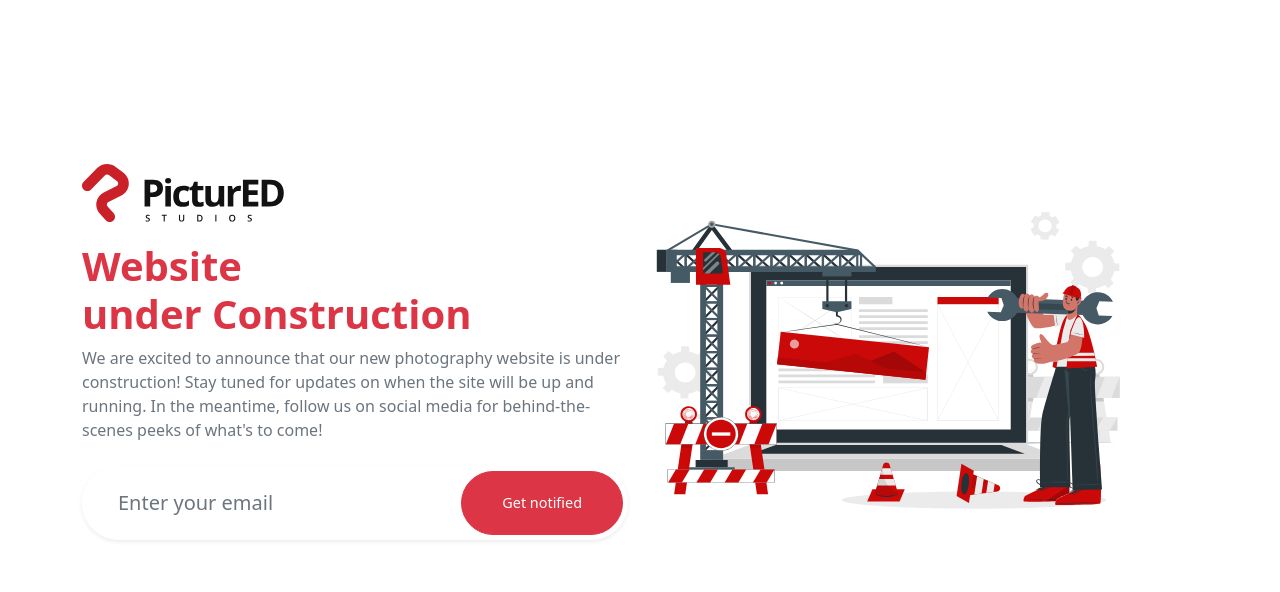
Repository: tHEO2k17/pictured
Page: /
The author's editor kept a copy of each file at every save. The page is drawn from the files as they stood at one save, then again after the next save.
The browser window is 1280 px wide. The pictures show the whole page.
The project was rebuilt for these pictures with package versions that can differ from the ones it lists, and the page was loaded fresh each time.

Above is the page before, as saved 2022-09-14 14:34:04.

### src/index.scss
@import '~bootstrap/scss/bootstrap.scss';

.input-group {
  // border: 1px solid #eee;
  border-radius: 50px;
  padding: 5px 5px 5px 20px;
}

.input-group > :not(:first-child):not(.dropdown-menu):not(.valid-tooltip):not(.valid-feedback):not(.invalid-tooltip):not(.invalid-feedback) {
  margin-left: 20px;
  border-radius: 50px;
  font-size: .9em;
  padding: 20px 40px 20px 40px ;
}

.form-control {
  border: unset;
}

.form-control:focus {
  background-color: #fff;
  border-color: unset;
  outline: 0;
  box-shadow: unset;
}

### src/App.tsx
import React from "react";
import {
  Container,
  Col,
  Row,
  Image,
  InputGroup,
  Button,
  Form,
} from "react-bootstrap";
import logo from "./core/res/images/logo.svg";
import sideImage from "./core/res/images/side-image.svg";

function App() {
  return (
    <Container className="min-vh-100">
      <Row className="min-vh-100 align-items-center">
        <Col>
          <Image src={logo} />
          <h1 className="text-danger fw-bold mt-3">
            Website <br /> under Construction
          </h1>

          <p className="text-muted">
            We are excited to announce that our new photography website is under
            construction! Stay tuned for updates on when the site will be up and
            running. In the meantime, follow us on social media for
            behind-the-scenes peeks of what's to come!
          </p>

          <InputGroup size="lg" className="mt-4 mb-3 shadow-sm">
            <Form.Control
              placeholder="Enter your email"
              aria-label="Enter your email"
              aria-describedby="basic-addon2"
            />
            <Button variant="danger" id="button-addon2">
              Get notified
            </Button>
          </InputGroup>

          {/* <Row>
            <Col md={{ span: 8, offset: 2 }}>
              <InputGroup className="mb-3 ">
                <Form.Control
                  placeholder="Recipient's username"
                  aria-label="Recipient's username"
                  aria-describedby="basic-addon2"
                />
                <Button variant="outline-secondary" id="button-addon2">
                  Button
                </Button>
              </InputGroup>
            </Col>
          </Row> */}
        </Col>
        <Col>
          <Image src={sideImage} />
        </Col>
      </Row>
    </Container>
  );
}

export default App;

Loaded but not shown: public/index.html (common file); src/index.tsx (common file)

After the next save:
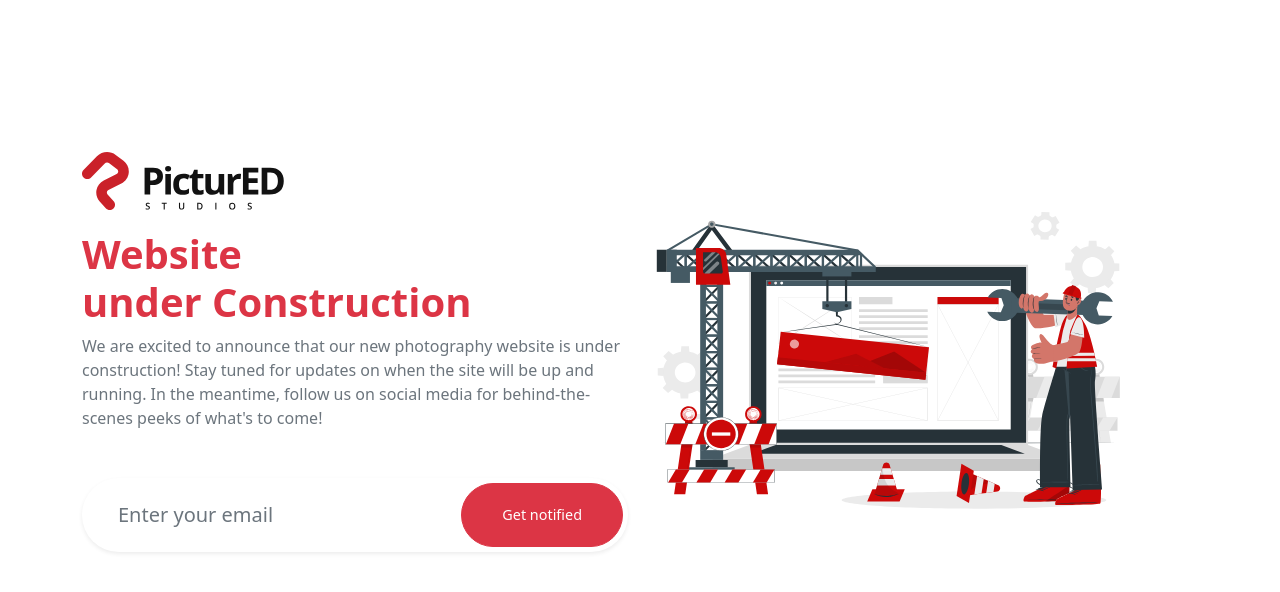
Saved 8 s later.
--- a/src/App.tsx
+++ b/src/App.tsx
@@ -28,7 +28,7 @@
             behind-the-scenes peeks of what's to come!
           </p>
 
-          <InputGroup size="lg" className="mt-4 mb-3 shadow-sm">
+          <InputGroup size="lg" className="mt-5 mb-3 shadow-sm">
             <Form.Control
               placeholder="Enter your email"
               aria-label="Enter your email"

After the save that followed:
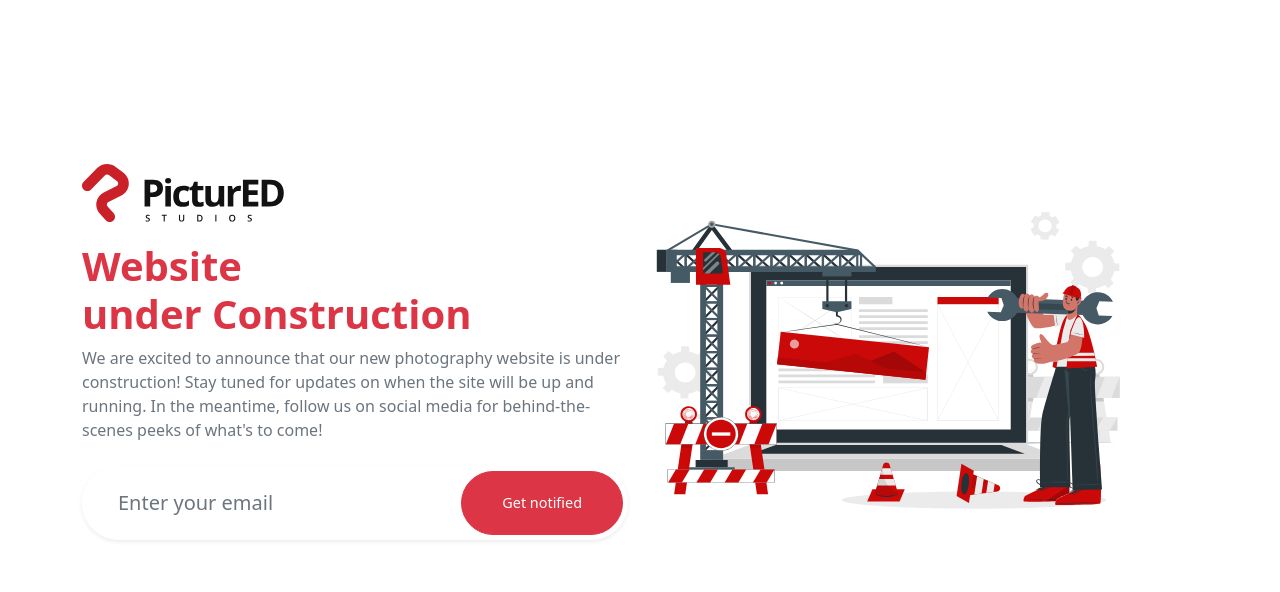
Saved 5 s later.
--- a/src/App.tsx
+++ b/src/App.tsx
@@ -28,7 +28,7 @@
             behind-the-scenes peeks of what's to come!
           </p>
 
-          <InputGroup size="lg" className="mt-5 mb-3 shadow-sm">
+          <InputGroup size="lg" className="mt-4 mb-3 shadow-sm">
             <Form.Control
               placeholder="Enter your email"
               aria-label="Enter your email"
